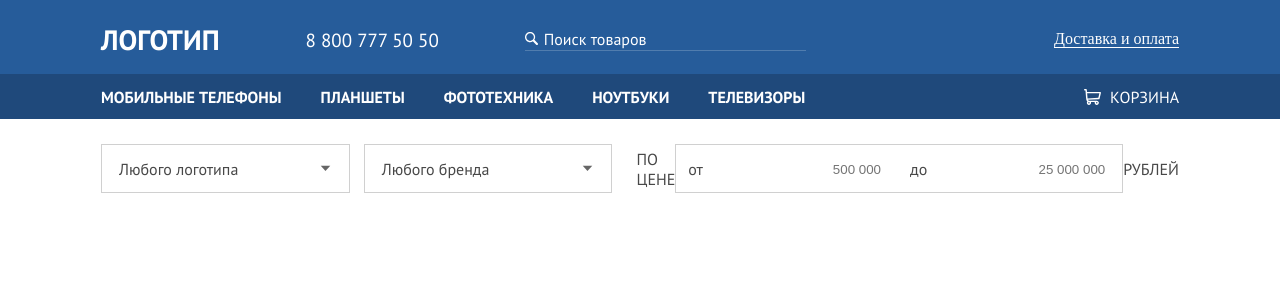
Repository: sem1103/WEBCompany
Page: index.html
These files come from the project's save history. The page is drawn as it stood at one moment and after the next save; the edit follows.
The browser window is 1280 px wide. The pictures show the whole page.

Above is the page before, as saved 2024-01-11 21:42:07.

After the next save:
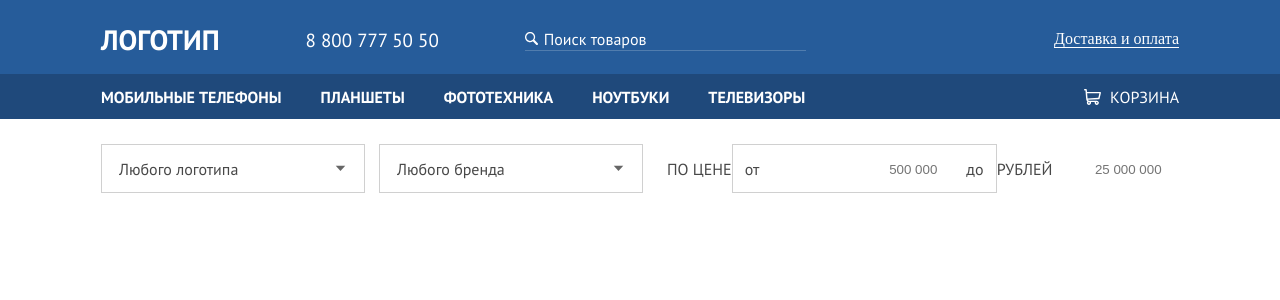
Saved 38 s later.
--- a/styles/main.css
+++ b/styles/main.css
@@ -170,6 +170,8 @@ nav li{
     display: flex;
     border: 1px solid #D0D0D0;
     padding: 14px 0 13px 0;
+    max-width: 265px;
+    width: 100%;
 
 }
 .price__values input{
